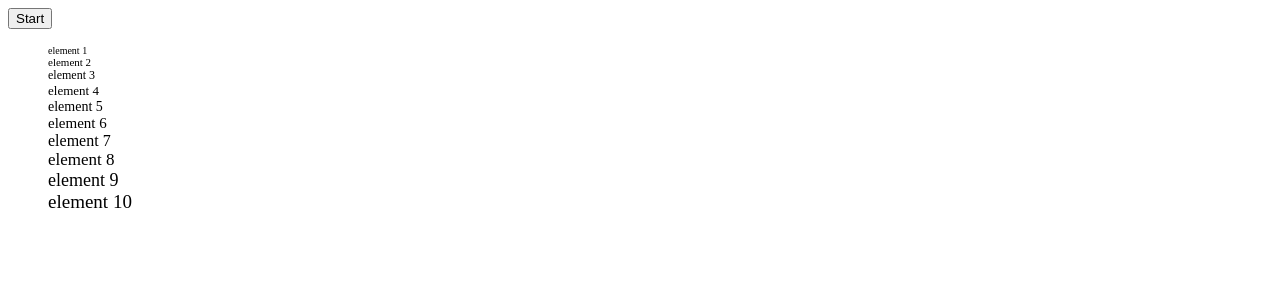
Repository: KasiaJakubowska/The-for-loop-training
Page: index.html
These files come from the project's save history. The page is drawn as it stood at one moment and after the next save; the edit follows.
The browser window is 1280 px wide. The pictures show the whole page.
After loading, the first visible `button` was clicked once.

Above is the page before, as saved 2019-03-27 22:05:12.

### index.html

<!DOCTYPE html>
<html lang="en">

<head>
  <meta charset="UTF-8">
  <title>10 elementów listy</title>
  <style>
    li {
      display: none
    }
  </style>

</head>

<body>
  <!--  By stworzyć taką strukturę za pomocą skrótu (Emmet) można napisać: button+ul>li*10>{element - $} -->

  <button>Start</button>
  <ul>
    <li>element 1</li>
    <li>element 2</li>
    <li>element 3</li>
    <li>element 4</li>
    <li>element 5</li>
    <li>element 6</li>
    <li>element 7</li>
    <li>element 8</li>
    <li>element 9</li>
    <li>element 10</li>
  </ul>

  <script src="main.js"></script>

</body>

</html>

### main.js
const btn = document.querySelector("button");
const items = document.querySelectorAll("li");
let fontSize = 10;

btn.addEventListener("click", () => {
for (let i = 0; i< items.length; i++){
items[i].style.display = "block";
items[i].style.fontSize = `${fontSize}px`;
fontSize++;
}
})

After the next save:
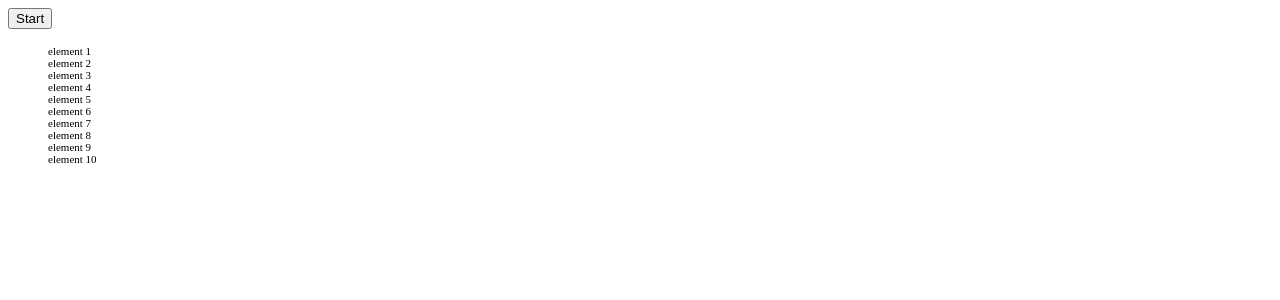
Saved 46 s later.
--- a/main.js
+++ b/main.js
@@ -3,9 +3,10 @@ const items = document.querySelectorAll("li");
 let fontSize = 10;
 
 btn.addEventListener("click", () => {
+fontSize++;
 for (let i = 0; i< items.length; i++){
 items[i].style.display = "block";
 items[i].style.fontSize = `${fontSize}px`;
-fontSize++;
+
 }
 })
